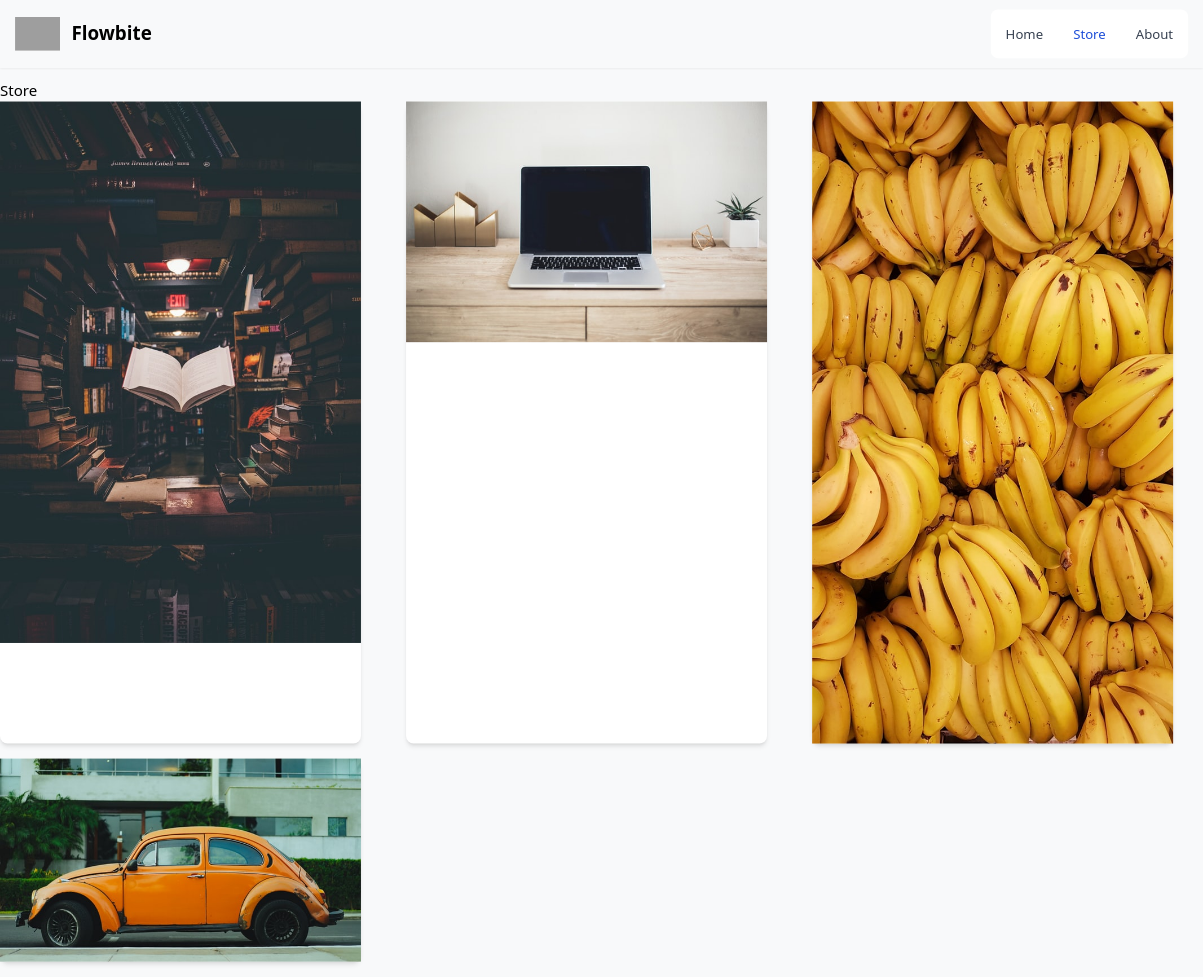
Repository: ducanhaep/react-ts-shopping-cart
Page: /store
The author's editor kept a copy of each file at every save. The page is drawn from the files as they stood at one save, then again after the next save.
The browser window is 1280 px wide. The pictures show the whole page, at 94% of full size.
Pictures or frames that could not be fetched are drawn as grey boxes. The project was rebuilt for these pictures with package versions that can differ from the ones it lists, and the page was loaded fresh each time. Also part of the build but not shown: vite.config.ts, src/pages/About.js, src/pages/Home.js.

Above is the page before, as saved 2023-01-11 19:12:55.

After the next save:
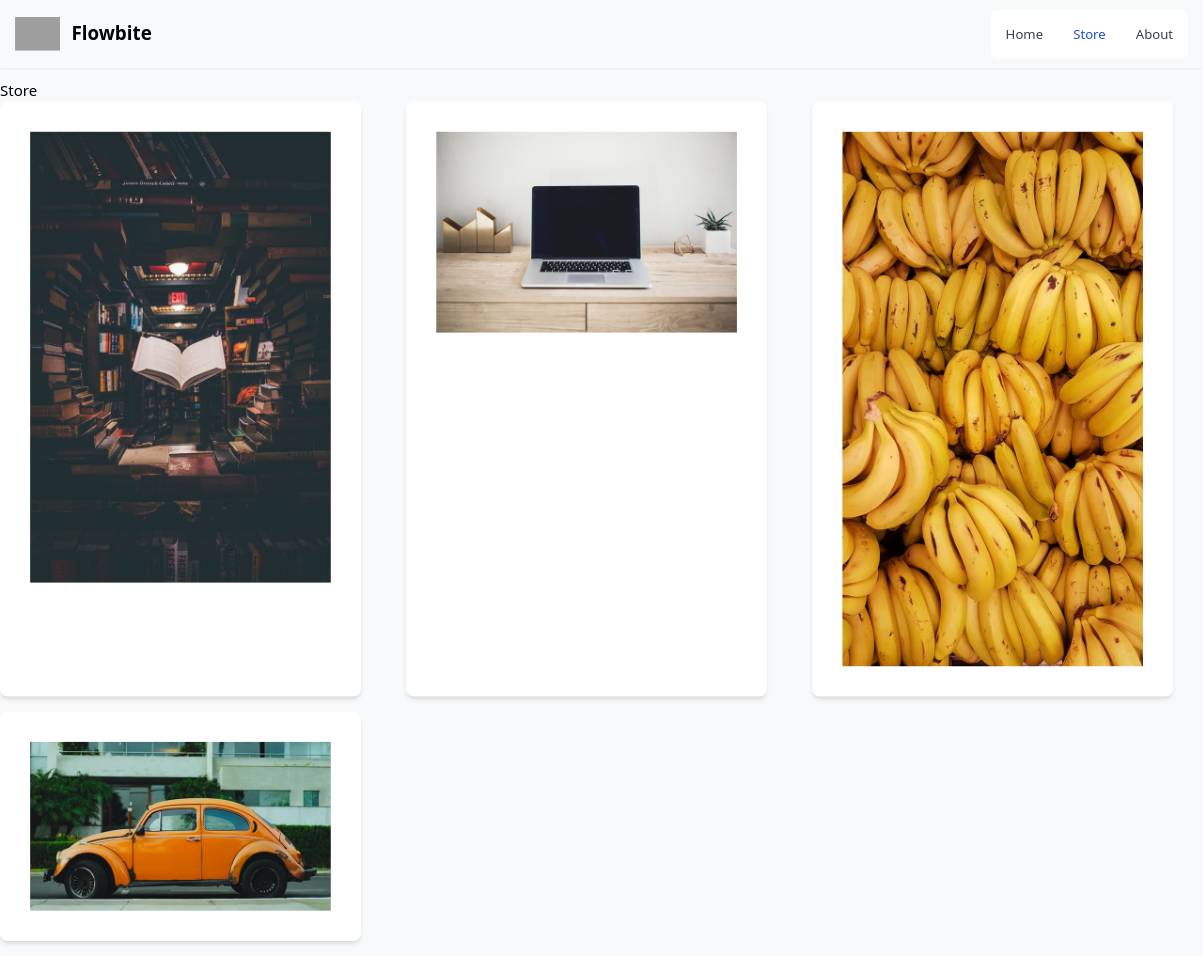
Saved 46 s later.
--- a/src/components/StoreItem.tsx
+++ b/src/components/StoreItem.tsx
@@ -10,7 +10,7 @@ export function StoreItem({ id, name, price, imgUrl }: StoreItemProps) {
   return (
     <div className="w-full max-w-sm bg-white rounded-lg shadow-md">
       <Link to="#">
-        <img src={imgUrl} alt="imgUrl" />
+        <img src={imgUrl} alt="imgUrl" className="rounded-t-lg p-8" />
       </Link>
     </div>
   );
